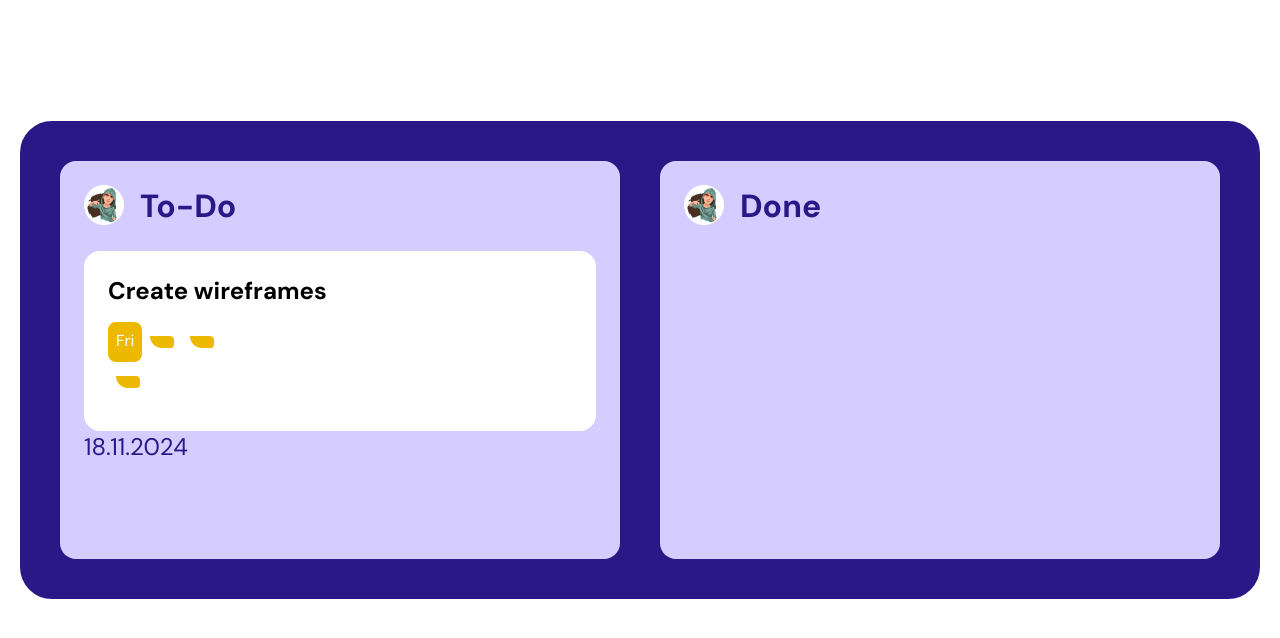
Repository: VitasYo/Kanban
Page: index.html
These files come from the project's save history. The page is drawn as it stood at one moment and after a run of saves; the edit follows.
The browser window is 1280 px wide. The pictures show the whole page.

Above is the page before, as saved 2024-04-15 19:50:19.

After the next 2 saves:
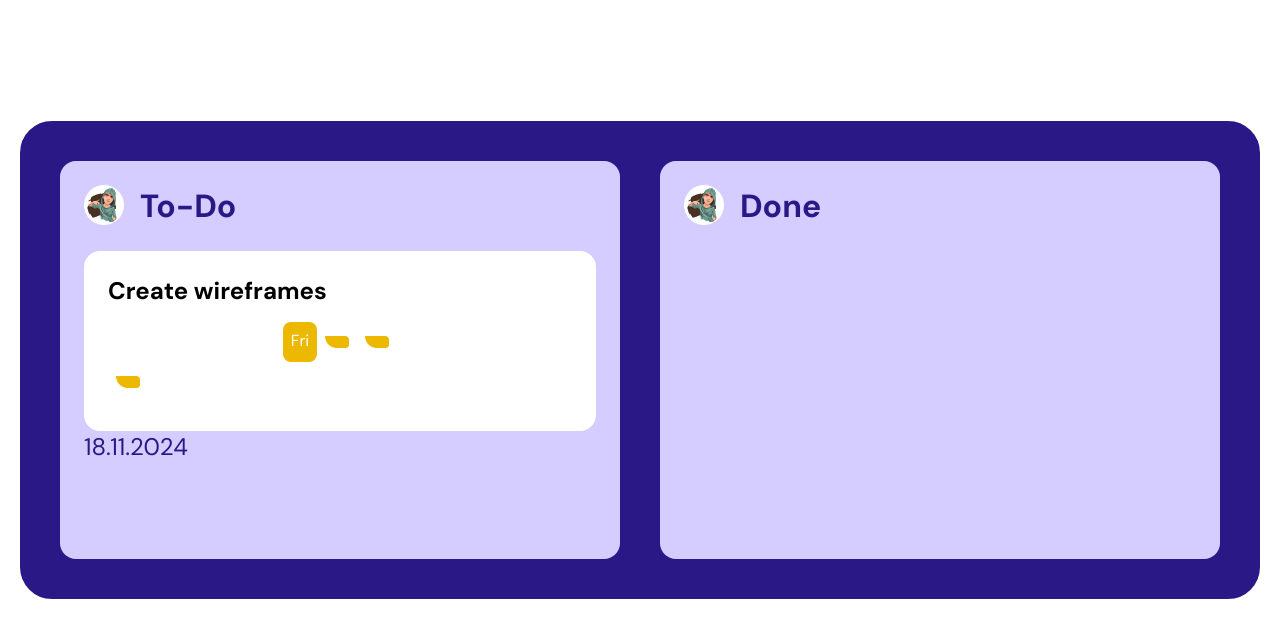
The 2 saves are shown as one change because they came seconds apart.
The last was saved 6 s later.
--- a/src/assets/css/component/_kanban.css
+++ b/src/assets/css/component/_kanban.css
@@ -49,7 +49,7 @@
 .card_items {
     margin-top: 16px;
     display: flex;
-    j
+    justify-content: center;
 }
 
 .card_pin {
